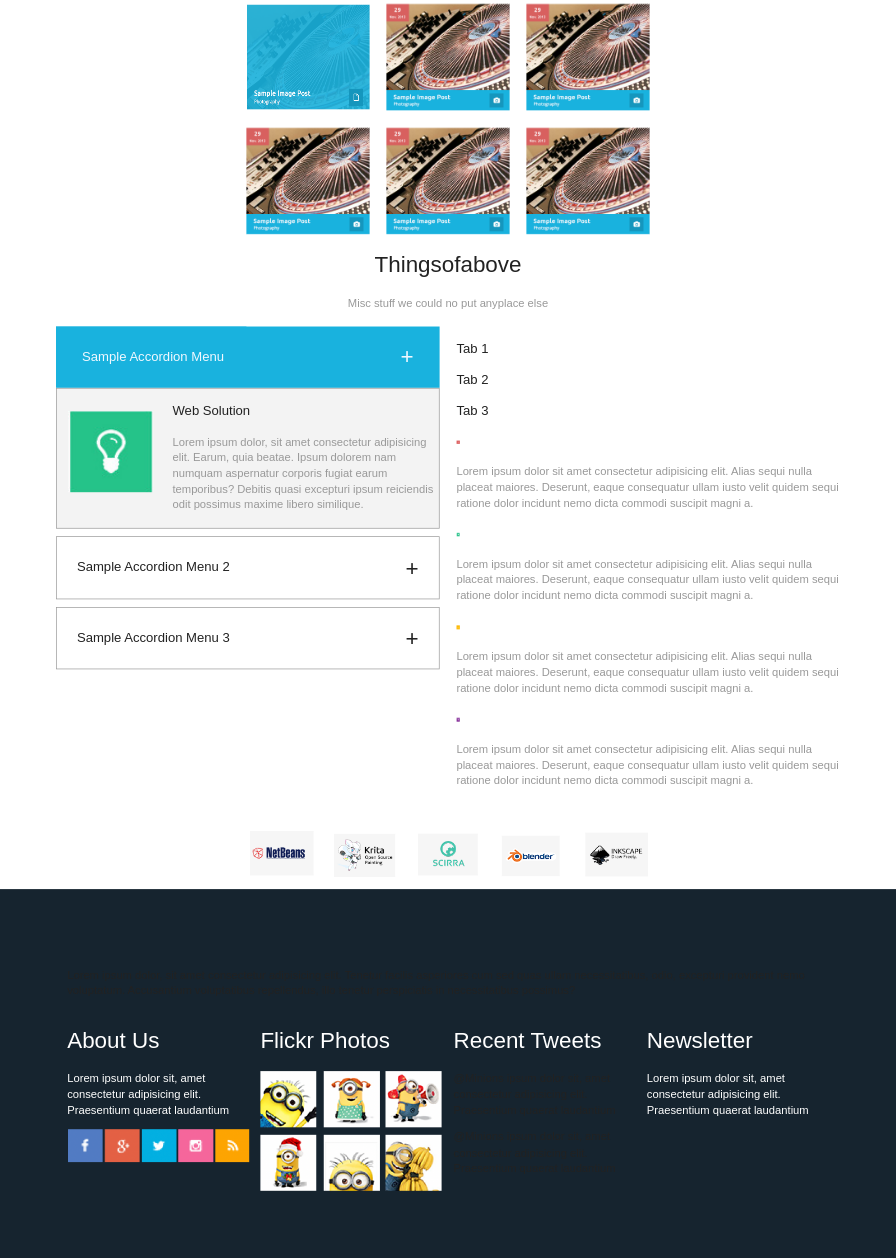
Repository: anoncoderin/madhu_kushal_html_layout
Page: metrosite_week4hw/index.html
These files come from the project's save history. The page is drawn as it stood at one moment and after the next save; the edit follows.
The browser window is 1280 px wide. The pictures show the part of the page from y = 1873 to 3793 px (the page is 3670 px tall before and 3793 px after), at 70% of full size.

Above is the page before, as saved 2023-02-04 19:55:54.

### metrosite_week4hw/index.html
<!doctype html>
<html class="no-js" lang="EN">

<head>
  <meta charset="utf-8">
  <title>Metrolics</title>
  <meta name="description" content="Some demo test website">
  <meta name="viewport" content="width=device-width, initial-scale=1">

  <meta property="og:title" content="">
  <meta property="og:type" content="">
  <meta property="og:url" content="">
  <meta property="og:image" content="">

  <link rel="manifest" href="site.webmanifest">
  <link rel="apple-touch-icon" href="icon.png">
  <!-- Place favicon.ico in the root directory -->

  <link rel="stylesheet" href="css/normalize.css">
  <link rel="stylesheet" href="css/main.css">

  <meta name="theme-color" content="#fafafa">
</head>

<body>


  <script src="js/vendor/modernizr-3.11.2.min.js"></script>
  <script src="js/plugins.js"></script>
  <script src="js/main.js"></script>

  <!-- Google Analytics: change UA-XXXXX-Y to be your site's ID. -->
  <script>
    window.ga = function () { ga.q.push(arguments) }; ga.q = []; ga.l = +new Date;
    ga('create', 'UA-XXXXX-Y', 'auto'); ga('set', 'anonymizeIp', true); ga('set', 'transport', 'beacon'); ga('send', 'pageview')
  </script>
  <script src="https://www.google-analytics.com/analytics.js" async></script>

  <script src="js/vendor/modernizr-3.11.2.min.js"></script>
  <script src="js/plugins.js"></script>
  <script src="js/main.js"></script>

  <!-- Google Analytics: change UA-XXXXX-Y to be your site's ID. -->
  <script>
    window.ga = function () { ga.q.push(arguments) }; ga.q = []; ga.l = +new Date;
    ga('create', 'UA-XXXXX-Y', 'auto'); ga('set', 'anonymizeIp', true); ga('set', 'transport', 'beacon'); ga('send', 'pageview')
  </script>
  <script src="https://www.google-analytics.com/analytics.js" async></script>

<div class="marginnnss">
  <header class="headerss">
    <div class="page__header">
      <nav class="rowss m-1-2" style="grid-template-columns: 5fr 9fr 24fr;">
          <nav class="mobile-nav m-hide l-hide">
          </nav>
          <div class="columnsss">
              <h1 class="logo">Metrolics <img style="width: 11%; margin-bottom: 0.5%;" src="/metrosite_week4hw/img/Screenshot_20230204_050039.png" alt=""></h1>
          </div>
          <nav class="column main-nav">
              <a href="#" class="main-nav__item active">home</a>
              <a href="#" class="main-nav__item active">pages</a>
              <a href="#" class="main-nav__item active">blogs</a>
              <a href="#" class="main-nav__item active">portfolio</a>
              <a href="#" class="main-nav__item active">contact</a>
          </nav>
      </nav>
    </div>

  </header>

  <div class="slider s-hide m-hide">
    <div class="rowss">
        <div class="columnsss">
            <img class="slider-image"  src="/metrosite_week4hw/img/Screenshot 2023-02-04 165549.jpg" alt="banner">
        </div>
    </div>
  </div>


  <div class="main-container">
    <section>
      <div class="row">
        <div class="col">
          <p class="FirstBigText">Hey guys! This is the Metrolics theme.
            It sports a responsive layout with a mobile layout.</p>
        </div>
      </div>
    </section>

    <section>
      <div class="row tab-col-3 ">
        <div class="col tab-row-span" style="text-align: center;">
          <h1>Things That We Do</h1>
          <h4>Ask us what we can do for you</h4>
        </div>
        <div class="col">

          <img class="ThingsWeDoPics" src="/metrosite_week4hw/img/Screenshot_20230201_101603.png" alt="">
          <h2 class="ThingsWeDoText">Web Solutions</h2>
          <h4 class="ThingsWeDoText1">We are a fairly small, flexible design studio that designs for print and web. We work flexibly with clients to fulfil their design needs. Whether you need to create a brand from scratch, including marketing materials and a </h4>
        </div>
        <div class="col">
          <img class="ThingsWeDoPics" src="/metrosite_week4hw/img/Screenshot_20230201_101807.png" alt="">
          <h2 class="ThingsWeDoText">Photography</h2>
          <h4 class="ThingsWeDoText1">We are a fairly small, flexible design studio that designs for print and web. We work flexibly with clients to fulfil their design needs. Whether you need to create a brand from scratch, including marketing materials and a </h4>
        </div>

        <div class="col">
          <img class="ThingsWeDoPics" src="/metrosite_week4hw/img/Screenshot_20230201_101826.png" alt="">
          <h2 class="ThingsWeDoText">Web Development</h2>
          <h4 class="ThingsWeDoText1">We are a fairly small, flexible design studio that designs for print and web. We work flexibly with clients to fulfil their design needs. Whether you need to create a brand from scratch, including marketing materials and a </h4>
        </div>
        <div class="col">
          <img class="ThingsWeDoPics" src="/metrosite_week4hw/img/Screenshot_20230201_101840.png" alt="">
          <h2 class="ThingsWeDoText">Web Design</h2>
          <h4 class="ThingsWeDoText1">We are a fairly small, flexible design studio that designs for print and web. We work flexibly with clients to fulfil their design needs. Whether you need to create a brand from scratch, including marketing materials and a </h4>
        </div>
      </div>
  </section>

  <section>
    <div class="row">
      <div class="col" style="text-align: center;">
        <h1>What's Up Lately?</h1>
        <h4>Read up on our latest work</h4>
      </div>
    </div>
  </section>

  <section>
    <div class="row tab-col-2 ">
      <div class="col" class="imgchange">
        <img src="/metrosite_week4hw/img/Screenshot_20230203_094754.png" alt="">
      </div>
      <div class="col">
        <img src="/metrosite_week4hw/img/Screenshot_20230203_094754.png" alt="">
      </div>
      <div class="col">
        <img src="/metrosite_week4hw/img/Screenshot_20230203_094754.png" alt="">
      </div>
    </div>
  </section>

  <section>
    <div class="row">
      <div class="col" style="text-align: center;">
        <h1>Our Latest Projects</h1>
        <h4>Client happy? We are happy.</h4>
      </div>
    </div>
  </section>

  <section>
    <div class="row tab-col-2">
      <div class="col">
        <img style="width: 100%; height: 99%;" src="/metrosite_week4hw/img/Screenshot_20230203_100036.png" alt="">
      </div>
      <div class="col">
        <img src="/metrosite_week4hw/img/Screenshot_20230203_094754.png" alt="">
      </div>
      <div class="col">
        <img src="/metrosite_week4hw/img/Screenshot_20230203_094754.png" alt="">
      </div>
      <div class="col">
        <img src="/metrosite_week4hw/img/Screenshot_20230203_094754.png" alt="">
      </div>

      <div class="col">
        <img src="/metrosite_week4hw/img/Screenshot_20230203_094754.png" alt="">
      </div>
      <div class="col">
        <img src="/metrosite_week4hw/img/Screenshot_20230203_094754.png" alt="">
      </div>
    </div>
  </section>

  <section>
    <div class="row">
      <div class="col" style="text-align: center;">
        <h1>Thingsofabove</h1>
        <h4>Misc stuff we could no put anyplace else</h4>
      </div>
    </div>
  </section>

  <section>
    <div class="table-switch">

      <div>
        <div style="background-color: #19b2de; display: flex; justify-content: center; gap: 46%;">
          <h3 style="color: aliceblue; margin-top: 5.5%;;" >Sample Accordion Menu <h1 style="color: aliceblue;">+</h1></h3>
        </div>

        <div style="display: grid; grid-template-columns: 1fr; gap: 3%;">

          <div class="sampleaccord" style="background-color: #f3f3f3; border:1px solid #999;">

            <img style="width: 24%; height: 58%; margin-top: 6%; margin-left: 3%;" src="/metrosite_week4hw/img/Screenshot_20230204_064024.png" alt="">
            <div>

              <h3>Web Solution</h3>
              <h4>Lorem ipsum dolor, sit amet consectetur adipisicing elit. Earum, quia beatae. Ipsum dolorem nam numquam aspernatur corporis fugiat earum temporibus? Debitis quasi excepturi ipsum reiciendis odit possimus maxime libero similique.</h4>

            </div>

          </div>
          <div style="display: grid; gap: 6%;">

            <div class="tabs" style="display: flex; justify-content: center; gap: 46%;">
              <h3 style="margin-top: 5.5%;;" >Sample Accordion Menu 2<h1>+</h1></h3>
            </div>

            <div class="tabs" style="display: flex; justify-content: center; gap: 46%;">
              <h3 style="margin-top: 5.5%;;" >Sample Accordion Menu 3<h1>+</h1></h3>
            </div>

        </div>
        </div>
      </div>

      <div class="tab-switch">
        <div>
          <h3>Tab 1</h3>
          <h3>Tab 2</h3>
          <h3>Tab 3</h3>
        </div>
        <div>
          <img class="alchemyicons" src="/metrosite_week4hw/img/Screenshot_20230204_075106.png" alt="">
          <h4>Lorem ipsum dolor sit amet consectetur adipisicing elit. Alias sequi nulla placeat maiores. Deserunt, eaque consequatur ullam iusto velit quidem sequi ratione dolor incidunt nemo dicta commodi suscipit magni a.</h4>
        </div>
        <div>
          <img class="alchemyicons" src="/metrosite_week4hw/img/Screenshot_20230204_075114.png" alt="">
          <h4>Lorem ipsum dolor sit amet consectetur adipisicing elit. Alias sequi nulla placeat maiores. Deserunt, eaque consequatur ullam iusto velit quidem sequi ratione dolor incidunt nemo dicta commodi suscipit magni a.</h4>
        </div>
        <div>
          <img class="alchemyicons" src="/metrosite_week4hw/img/Screenshot_20230204_075123.png" alt="">
          <h4>Lorem ipsum dolor sit amet consectetur adipisicing elit. Alias sequi nulla placeat maiores. Deserunt, eaque consequatur ullam iusto velit quidem sequi ratione dolor incidunt nemo dicta commodi suscipit magni a.</h4>
        </div>
        <div>
          <img class="alchemyicons" src="/metrosite_week4hw/img/Screenshot_20230204_075137.png" alt="">
          <h4>Lorem ipsum dolor sit amet consectetur adipisicing elit. Alias sequi nulla placeat maiores. Deserunt, eaque consequatur ullam iusto velit quidem sequi ratione dolor incidunt nemo dicta commodi suscipit magni a.</h4>
        </div>


      </div>

    </div>
  </section>

  <section class="mobile-noshow">
    <div class=" row tab-col-5">
      <div class="col">
        <img src="/metrosite_week4hw/img/Screenshot_20230204_024739.png" alt="">
      </div>
      <div class="col">
        <img src="/metrosite_week4hw/img/Screenshot_20230204_024744.png" alt="">
      </div>
      <div class="col">
        <img src="/metrosite_week4hw/img/Screenshot_20230204_024750.png" alt="">
      </div>
      <div class="col">
        <img src="/metrosite_week4hw/img/Screenshot_20230204_024754.png" alt="">
      </div>
      <div class="col">
        <img src="/metrosite_week4hw/img/Screenshot_20230204_024808.png" alt="">
      </div>
    </div>
  </section>
  </div>
</div>

  <footer>
    <div class="rowss">
        <div class="footer-col">
            <div class="quote">
                <p>Lorem ipsum dolor, sit amet consectetur adipisicing elit. Tenetur facilis asperiores cum sed quas ullam necessitatibus, odio, excepturi provident nemo voluptatum. Accusantium voluptatibus repellendus, illo tenetur perspiciatis in necessitatibus possimus?</p>

            </div>
            <div class="rowss m-col-2 l-col-4">
                <div class="footer-col">
                    <h1 style="color:white">About Us</h1>
                    <p style="color:white">Lorem ipsum dolor sit, amet consectetur adipisicing elit. Praesentium quaerat laudantium </p>
                    <img src="/metrosite_week4hw/img/footer icon.png" alt="footericons">
                </div>
                <div class="footer-col">
                    <h1 style="color:white">Flickr Photos</h1>
                    <img src="/metrosite_week4hw/img/minions.png" alt="minions">

                </div>
                <div class="footer-col">
                    <h1 style="color:white">Recent Tweets</h1>
                    <p> <span1>@Minions </span1>ipsum dolor sit, amet consectetur adipisicing elit. Praesentium quaerat laudantium</p>
                    <p> <span1>@Minions </span1>ipsum dolor sit, amet consectetur adipisicing elit. Praesentium quaerat laudantium</p>
                </div>
                <div class="footer-col">
                    <h1 style="color:white">Newsletter</h1>
                    <p style="color:white"> Lorem ipsum dolor sit, amet consectetur adipisicing elit. Praesentium quaerat laudantium </p>
                </div>
            </div>
        </div>
    </div>
</footer>

</body>

</html>

### metrosite_week4hw/css/main.css
/*! HTML5 Boilerplate v8.0.0 | MIT License | https://html5boilerplate.com/ */

/* main.css 2.1.0 | MIT License | https://github.com/h5bp/main.css#readme */
/*
 * What follows is the result of much research on cross-browser styling.
 * Credit left inline and big thanks to Nicolas Gallagher, Jonathan Neal,
 * Kroc Camen, and the H5BP dev community and team.
 */

/* ==========================================================================
   Base styles: opinionated defaults
   ========================================================================== */

   html {
    color: #222;
    font-size: 1em;
    line-height: 1.4;
  }

  /*
   * Remove text-shadow in selection highlight:
   * https://twitter.com/miketaylr/status/12228805301
   *
   * Vendor-prefixed and regular ::selection selectors cannot be combined:
   * https://stackoverflow.com/a/16982510/7133471
   *
   * Customize the background color to match your design.
   */

   /* div,
   main,
   section,
   footer,
   header {
    min-height: 1rem;
    padding: 1rem;
  } */

  .marginnnss {
    padding: 1%;
  }


  ::-moz-selection {
    background: #b3d4fc;
    text-shadow: none;
  }

  ::selection {
    background: #b3d4fc;
    text-shadow: none;
  }



  *,
  *:before,
  *:after{
    box-sizing: border-box;
  }

  img{
    width: 100%;
  }


  h1,
  h2,
  h3,
  h4,
  h5,
  h6 {
    font-family:Arial, Helvetica, sans-serif;
    font-weight: 300;
  }

  p{
    font-family:Arial, Helvetica, sans-serif;
  }

  .FirstBigText {
    font-size: 50px;
    text-align: center;
  }

  .col tab-row-span {
    text-align: center;
  }

  .row{
    display: grid;
    row-gap: 1rem;
  }

  .col{
    position: relative;
    background-color: #fff;
  }

  .ThingsWeDoPics {
    width: 50%;
    margin-left: 25%;
  }

  .ThingsWeDoText {
    text-align: center;
  }

  .ThingsWeDoText1 {
    text-align: center;
    font-size: 72%;
  }

  .rowss {
      display: grid;
      row-gap: 1rem;
  }

  .columnsss{
    position: relative;
}

.slider{
  background-color: #f3f3f3;
}
.slider-image{
  width: 100%;
  object-fit: cover;

}

.main-nav {
  display: none;
  flex-direction: column;
  align-items: center;
}

.main-nav__item {
  display: block;
  position: relative;
  font-size: 2rem;
  text-decoration: none;
  text-align: left;
  width: 100%;
  color: white;
  line-height: 4rem;
  background-repeat: no-repeat;
  font-family: Ubuntu, sans-serif;
  font-weight: 300;
  text-align: center;
}

.main-nav__item::after {
  content: ">";
  display: inline-block;
  position: absolute;
  right: 1rem;
}

.main-nav__item::after::after {
  content: "";
}

.main-nav__item:nth-child(1) {
  background-color: #25c389;
  background-image: url(assets\home_FILL0_wght400_GRAD0_opsz48.svg);
}
.main-nav__item:nth-child(2) {
  background-color: #ffb901;
  background-image: url(assets\pin_drop_FILL0_wght400_GRAD0_opsz48.svg), url();
}
.main-nav__item:nth-child(3) {
  background-color: #de6262;
  background-image: url(assets\campaign_FILL0_wght400_GRAD0_opsz48.svg), url();
}
.main-nav__item:nth-child(4) {
  background-color: #1691bd;
  background-image: url(assets\work_FILL0_wght400_GRAD0_opsz48.svg), url();
}
.main-nav__item:nth-child(5) {
  background-color: #166ba2;
  background-image: url(assets\mail_FILL0_wght400_GRAD0_opsz48.svg), url();
}

footer{
  background-color: #16242f;
  padding: 6rem;
}

h4{
  color: #999;
}

.sampleaccord {
  display: flex;
  gap: 5%;
}

.tabs {
  border:1px solid #999;
}

.alchemyicons {
  width: 1%;
}



  /* Small only */
  @media screen and (max-width: 39.9375em) {

    .mobile-noshow{
      display: none;
    }
    .s-hide {
      display: none;
  }
  }
  /* Medium and up */
  @media screen and (min-width: 40em) {
    .rowss {
      display: grid;
      max-width: 70rem;
      column-gap: 1rem;
      margin: 0 auto;
  }
    .row{
      max-width: 36rem;
      column-gap: 1.5rem;
      row-gap: 1.5rem;
      margin: 0 auto;
    }
    .tab-col-2{
      grid-template-columns: 1fr 1fr;

    }
    .m-col-2 {
      grid-template-columns: 1fr 1fr;
    }
    .tab-col-3{
      grid-template-columns: repeat(2, 1fr);


  }
  .tab-col-5{
    grid-template-columns: repeat(5, 1fr);
  }

  .tab-row-span{
    grid-column-start: 1;
    grid-column-end: -1;
  }

  .main-nav {
    display: flex;
    flex-direction: row;
  }
  .main-nav__item {
    padding: 4rem 1rem 0rem .5rem;
    line-height: 2rem;
    font-size: .8rem;
    text-align: left;
    background-color: rgb(184, 184, 184);
    background-repeat: no-repeat;
    background-position-x: center;
    background-position-y: center;
    background-size: 2.3rem, 1.4rem;
  }

  .table-switch {
    display: grid;
    grid-template-columns: 1fr;
    max-width: 36rem;
    column-gap: 1.5rem;
    row-gap: 1.5rem;
    margin: 0 auto;
    margin-bottom: 3%;
  }

  }
  /* Medium only */
  @media screen and (min-width: 40em) and
  (max-width: 63.9375em) {

  }
  /* Large and up */
  @media screen and (min-width: 64em) {
    .l-col-2{
      grid-template-columns: repeat(2,1fr);
    }
    .l-row-span{
      grid-column-start: 2;
      grid-column-end: 5;
    }

    .table-switch {
      display: grid;
      grid-template-columns: 1fr 1fr;
      max-width: 70rem;
      column-gap: 1.5rem;
      row-gap: 1.5rem;
      margin: 0 auto;
      margin-bottom: 3%;
    }

  }


  /* Large only */
  @media screen and (min-width: 64em) {
    .tab-col-2 {
      grid-template-columns: 1fr 1fr 1fr;
    }
    .tab-col-3{
      grid-template-columns: repeat(4, 1fr);


    }
    .l-col-4 {
      grid-template-columns: repeat(4, 1fr);
    }
  }


  /*
   * A better looking default horizontal rule
   */

  hr {
    display: block;
    height: 1px;
    border: 0;
    border-top: 1px solid #ccc;
    margin: 1em 0;
    padding: 0;
  }

  /*
   * Remove the gap between audio, canvas, iframes,
   * images, videos and the bottom of their containers:
   * https://github.com/h5bp/html5-boilerplate/issues/440
   */

  audio,
  canvas,
  iframe,
  img,
  svg,
  video {
    vertical-align: middle;
  }

  /*
   * Remove default fieldset styles.
   */

  fieldset {
    border: 0;
    margin: 0;
    padding: 0;
  }

  /*
   * Allow only vertical resizing of textareas.
   */

  textarea {
    resize: vertical;
  }

  /* ==========================================================================
     Author's custom styles
     ========================================================================== */

  /* ==========================================================================
     Helper classes
     ========================================================================== */

  /*
   * Hide visually and from screen readers
   */

  .hidden,
  [hidden] {
    display: none !important;
  }

  /*
   * Hide only visually, but have it available for screen readers:
   * https://snook.ca/archives/html_and_css/hiding-content-for-accessibility
   *
   * 1. For long content, line feeds are not interpreted as spaces and small width
   *    causes content to wrap 1 word per line:
   *    https://medium.com/@jessebeach/beware-smushed-off-screen-accessible-text-5952a4c2cbfe
   */

  .sr-only {
    border: 0;
    clip: rect(0, 0, 0, 0);
    height: 1px;
    margin: -1px;
    overflow: hidden;
    padding: 0;
    position: absolute;
    white-space: nowrap;
    width: 1px;
    /* 1 */
  }

  /*
   * Extends the .sr-only class to allow the element
   * to be focusable when navigated to via the keyboard:
   * https://www.drupal.org/node/897638
   */

  .sr-only.focusable:active,
  .sr-only.focusable:focus {
    clip: auto;
    height: auto;
    margin: 0;
    overflow: visible;
    position: static;
    white-space: inherit;
    width: auto;
  }

  /*
   * Hide visually and from screen readers, but maintain layout
   */

  .invisible {
    visibility: hidden;
  }

  /*
   * Clearfix: contain floats
   *
   * For modern browsers
   * 1. The space content is one way to avoid an Opera bug when the
   *    `contenteditable` attribute is included anywhere else in the document.
   *    Otherwise it causes space to appear at the top and bottom of elements
   *    that receive the `clearfix` class.
   * 2. The use of `table` rather than `block` is only necessary if using
   *    `:before` to contain the top-margins of child elements.
   */

  .clearfix::before,
  .clearfix::after {
    content: " ";
    display: table;
  }

  .clearfix::after {
    clear: both;
  }

  /* ==========================================================================
     EXAMPLE Media Queries for Responsive Design.
     These examples override the primary ('mobile first') styles.
     Modify as content requires.
     ========================================================================== */

  @media only screen and (min-width: 35em) {
    /* Style adjustments for viewports that meet the condition */
  }

  @media print,
    (-webkit-min-device-pixel-ratio: 1.25),
    (min-resolution: 1.25dppx),
    (min-resolution: 120dpi) {
    /* Style adjustments for high resolution devices */
  }

  /* ==========================================================================
     Print styles.
     Inlined to avoid the additional HTTP request:
     https://www.phpied.com/delay-loading-your-print-css/
     ========================================================================== */

  @media print {
    *,
    *::before,
    *::after {
      background: #fff !important;
      color: #000 !important;
      /* Black prints faster */
      box-shadow: none !important;
      text-shadow: none !important;
    }

    a,
    a:visited {
      text-decoration: underline;
    }

    a[href]::after {
      content: " (" attr(href) ")";
    }

    abbr[title]::after {
      content: " (" attr(title) ")";
    }

    /*
     * Don't show links that are fragment identifiers,
     * or use the `javascript:` pseudo protocol
     */
    a[href^="#"]::after,
    a[href^="javascript:"]::after {
      content: "";
    }

    pre {
      white-space: pre-wrap !important;
    }

    pre,
    blockquote {
      border: 1px solid #999;
      page-break-inside: avoid;
    }

    /*
     * Printing Tables:
     * https://web.archive.org/web/20180815150934/http://css-discuss.incutio.com/wiki/Printing_Tables
     */
    thead {
      display: table-header-group;
    }

    tr,
    img {
      page-break-inside: avoid;
    }

    p,
    h2,
    h3 {
      orphans: 3;
      widows: 3;
    }

    h2,
    h3 {
      page-break-after: avoid;
    }
  }

### metrosite_week4hw/js/plugins.js
// Avoid `console` errors in browsers that lack a console.
(function() {
  var method;
  var noop = function () {};
  var methods = [
    'assert', 'clear', 'count', 'debug', 'dir', 'dirxml', 'error',
    'exception', 'group', 'groupCollapsed', 'groupEnd', 'info', 'log',
    'markTimeline', 'profile', 'profileEnd', 'table', 'time', 'timeEnd',
    'timeline', 'timelineEnd', 'timeStamp', 'trace', 'warn'
  ];
  var length = methods.length;
  var console = (window.console = window.console || {});

  while (length--) {
    method = methods[length];

    // Only stub undefined methods.
    if (!console[method]) {
      console[method] = noop;
    }
  }
}());

// Place any jQuery/helper plugins in here.

Loaded but not shown: metrosite_week4hw/css/normalize.css (library); metrosite_week4hw/js/vendor/modernizr-3.11.2.min.js (library); metrosite_week4hw/js/main.js (no stored copy; drawn as an empty file)

After the next save:
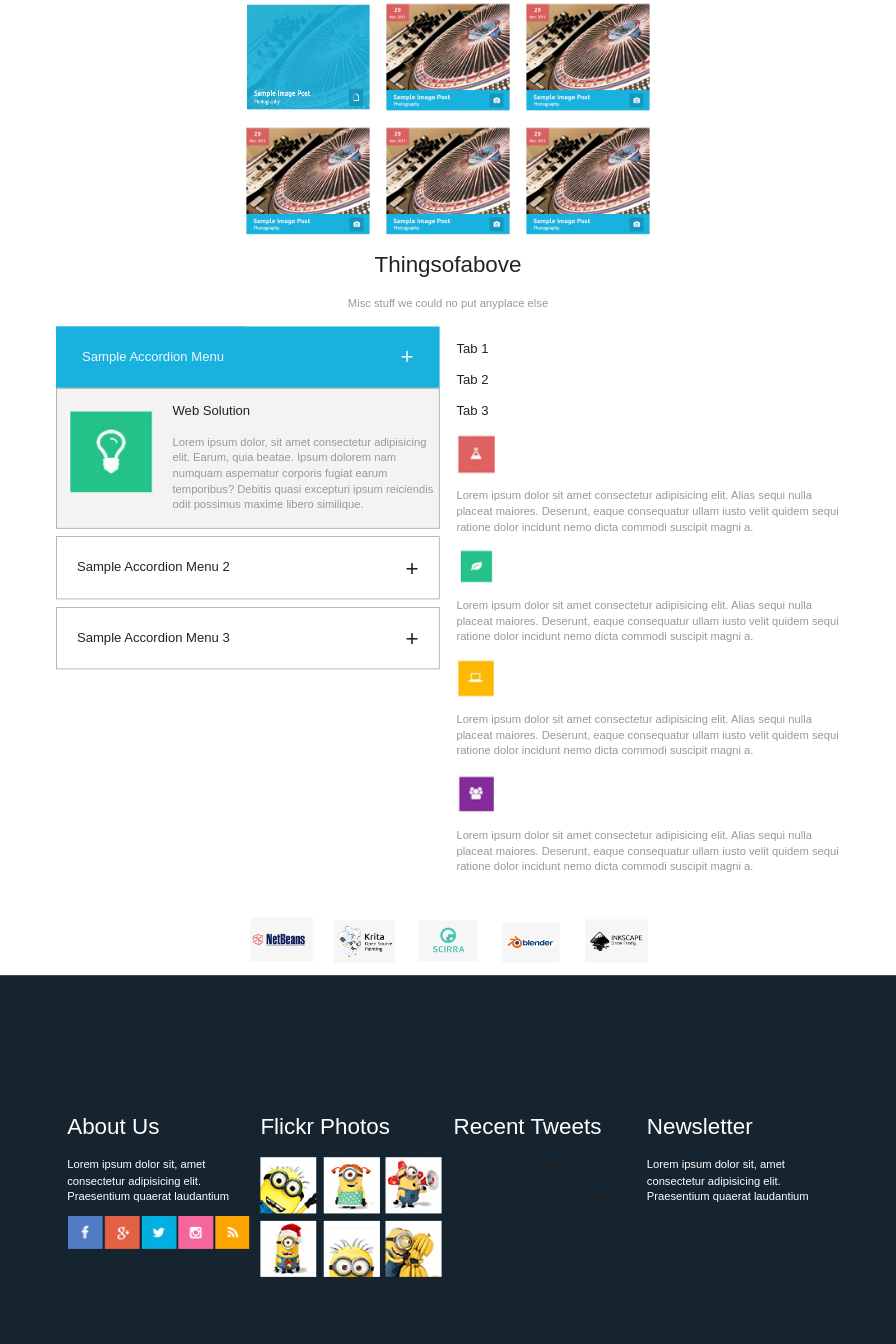
Saved 21 s later.
--- a/metrosite_week4hw/css/main.css
+++ b/metrosite_week4hw/css/main.css
@@ -201,7 +201,7 @@
 }
 
 .alchemyicons {
-  width: 1%;
+  width: 10%;
 }
 
 
